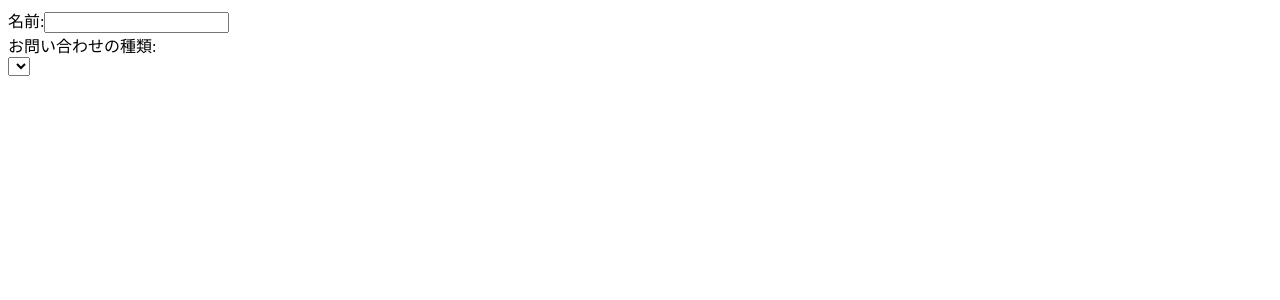
Repository: cha-git/test
Page: http://localhost/WebProj2/inquiry.jsp
The author's editor kept a copy of each file at every save. The page is drawn from the files as they stood at one save, then again after the next save.
The browser window is 1280 px wide. The pictures show the whole page.
The page is served by Tomcat 9. Other server files are loaded and not shown.

Above is the page before, as saved 2018-12-17 05:50:49.

### WebProj2/WebContent/inquiry.jsp
<%@ page language="java" contentType="text/html; charset=UTF-8"
    pageEncoding="UTF-8"%>
<%@ taglib prefix="s" uri="/struts-tags" %>
<!DOCTYPE html PUBLIC "-//W3C//DTD HTML 4.01 Transitional//EN" "http://www.w3.org/TR/html4/loose.dtd">
<html>
<head>
	<meta http-equiv="Content-Type" content="text/html; charset=UTF-8">
	<title>お問い合わせフォーム</title>
</head>
<body>
	<s:form method="post" action="InquiryCompleteAction">
		名前:<input type="text" name="name"/><br>
		お問い合わせの種類:<br>
		<select name="qtype">
	</s:form>
</body>
</html>

After the next save:
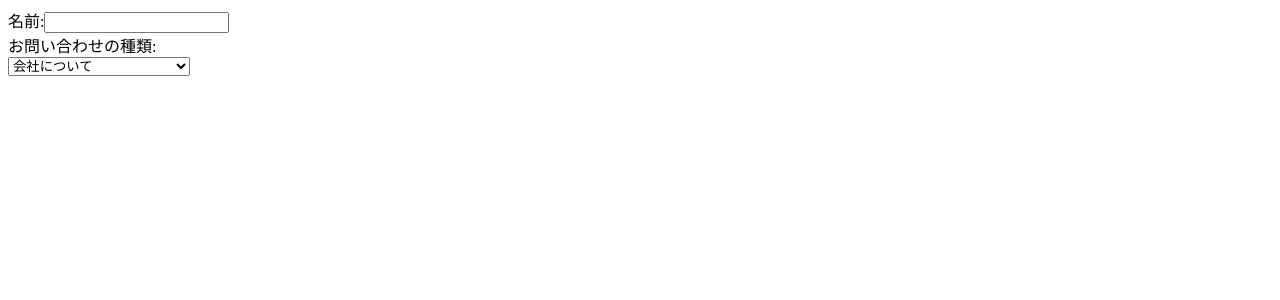
Saved 54 s later.
--- a/WebProj2/WebContent/inquiry.jsp
+++ b/WebProj2/WebContent/inquiry.jsp
@@ -12,6 +12,10 @@
 		名前:<input type="text" name="name"/><br>
 		お問い合わせの種類:<br>
 		<select name="qtype">
+			<option value="company">会社について</option>
+			<option value="product">製品について</option>
+			<option value="support">アフターサポートについて</option>
+		</select>
 	</s:form>
 </body>
 </html>
